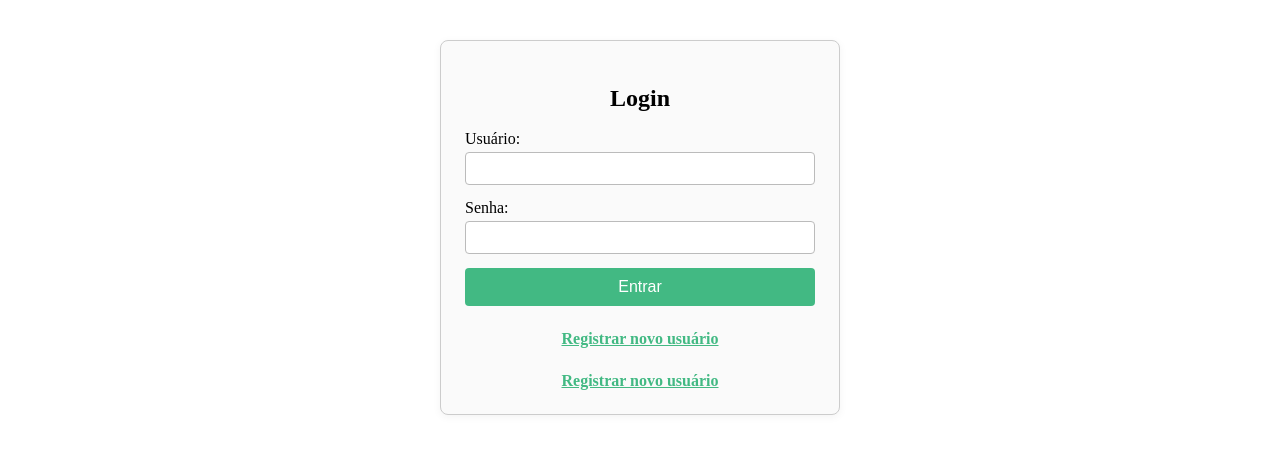
Repository: MuriloColleti/Project-vue
Page: /login
An editor plug-in stored every save of this project. The page is shown before and after the next save, followed by the edit.
The browser window is 1280 px wide. The pictures show the whole page.
The project was rebuilt for these pictures with package versions that can differ from the ones it lists, and the page was loaded fresh each time. Also part of the build but not shown: vite.config.js, src/pages/Home.vue, src/pages/Register.vue.

Above is the page before, as saved 2025-09-20 17:15:20.

After the next save:
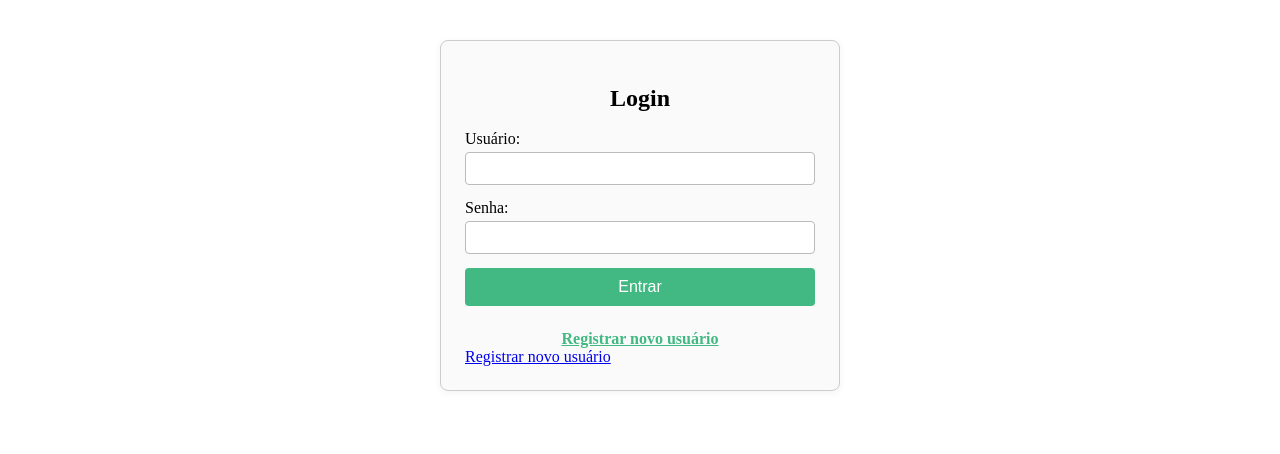
Saved 6 s later.
--- a/src/pages/Login.vue
+++ b/src/pages/Login.vue
@@ -14,7 +14,7 @@
     </form>
     <p v-if="error" class="error">{{ error }}</p>
     <router-link to="/register" class="register-link">Registrar novo usuário</router-link>
-     <router-link to="/" class="register-link">Registrar novo usuário</router-link>
+     <router-link to="/" class="home-link">Registrar novo usuário</router-link>
   </div>
 </template>
 
